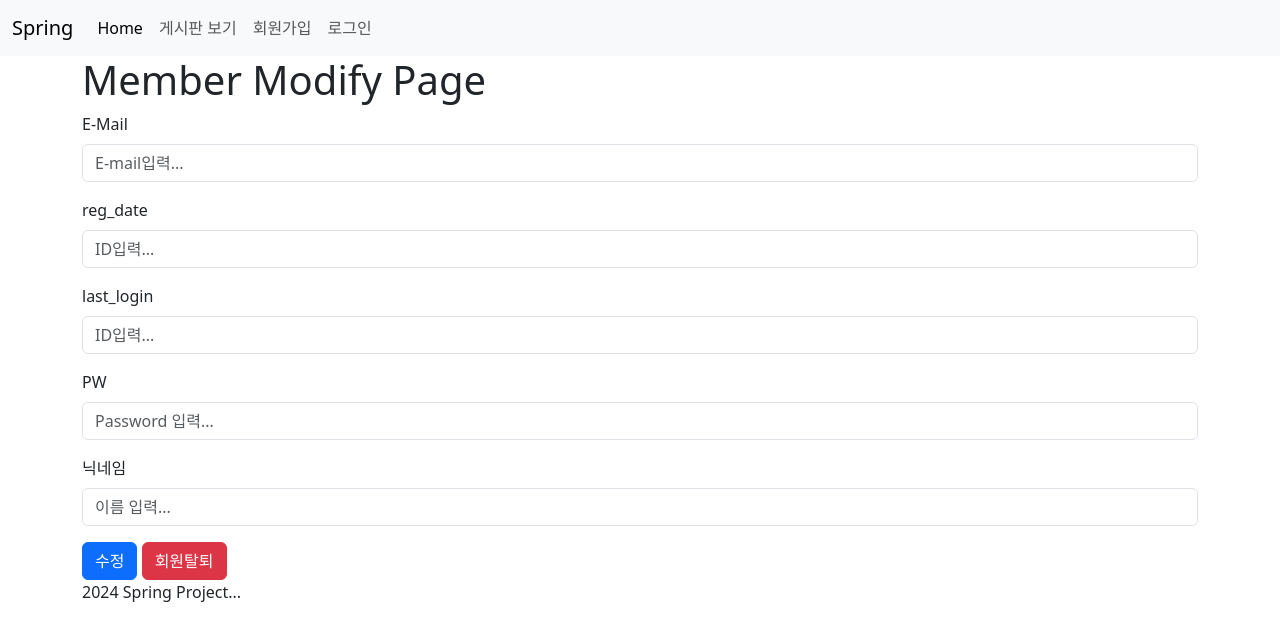
Repository: oco0217/SpringTest2
Page: http://localhost/spring_test2/WEB-INF/views/user/modify.jsp
These files come from the project's save history. The page is drawn as it stood at one moment and after the next save; the edit follows.
The browser window is 1280 px wide. The pictures show the whole page.
The page is served by Tomcat 9. Nobody is signed in. Other server files are loaded and not shown. The template is opened directly, without the code that normally fills it, so the values that code supplies are empty.

Above is the page before, as saved 2024-05-08 08:48:30.
Console error: TypeError: Cannot read properties of null (reading 'addEventListener')

### spring_test2/src/main/webapp/WEB-INF/views/user/modify.jsp
<%@ page language="java" contentType="text/html; charset=UTF-8"
	pageEncoding="UTF-8"%>

<jsp:include page="../layout/header.jsp" />

<div class="container-md">
	<h1>Member Modify Page</h1>

	<form action="/user/modify" method="post">


		<div class="mb-3">
			<label for="e" class="form-label">E-Mail</label> <input type="email"
				class="form-control" id="e" placeholder="E-mail입력..." name="email"
				value="${ses.email }">
		</div>
		<div class="mb-3">
			<label for="r" class="form-label">reg_date</label> <input type="text"
				class="form-control" id="r" placeholder="ID입력..." name=""
				value="${ses.reg_date }" readonly="readonly">
		</div>
		<div class="mb-3">
			<label for="l" class="form-label">last_login</label> <input
				type="text" class="form-control" id="l" placeholder="ID입력..."
				name="" value="${ses.last_login }" readonly="readonly">
		</div>
		<div class="mb-3">
			<label for="p" class="form-label">PW</label> <input type="password"
				class="form-control" id="p" placeholder="Password 입력..." name="pwd">
		</div>
		<div class="mb-3">
			<label for="n" class="form-label">닉네임</label> <input type="text"
				class="form-control" id="n" placeholder="이름 입력..." name="nickName"
				value="${ses.name }">
		</div>

		<button type="submit" class="btn btn-primary">수정</button>
		<a href="/user/remove">
			<button type="button" class="btn btn-danger" onclick="removePopup()">회원탈퇴</button>
		</a>
	</form>

</div>

<jsp:include page="../layout/footer.jsp" />


<script type="text/javascript">
	function removePopup() {

		if (confirm("삭제를 정말로 하시겠습니까?")) {

		} else {
			event.preventDefault();
		}

	}
</script>

### spring_test2/src/main/webapp/WEB-INF/views/layout/header.jsp
<%@ page language="java" contentType="text/html; charset=UTF-8"
    pageEncoding="UTF-8"%>
    <%@ taglib uri="http://java.sun.com/jsp/jstl/core" prefix="c" %>
    <%@ taglib uri="http://www.springframework.org/security/tags" prefix="sec" %>
<!DOCTYPE html>
<html>
<head>
<meta charset="UTF-8">
<title>header.jsp</title>
<link href="/re/css/bootstrap.min.css" rel="stylesheet" integrity="sha384-QWTKZyjpPEjISv5WaRU9OFeRpok6YctnYmDr5pNlyT2bRjXh0JMhjY6hW+ALEwIH" crossorigin="anonymous">
<script src="/re/js/bootstrap.bundle.min.js" integrity="sha384-YvpcrYf0tY3lHB60NNkmXc5s9fDVZLESaAA55NDzOxhy9GkcIdslK1eN7N6jIeHz" crossorigin="anonymous"></script>
</head>
<body>
<nav class="navbar navbar-expand-lg bg-body-tertiary">
  <div class="container-fluid">
    <a class="navbar-brand" href="#">Spring</a>
    <button class="navbar-toggler" type="button" data-bs-toggle="collapse" data-bs-target="#navbarSupportedContent" aria-controls="navbarSupportedContent" aria-expanded="false" aria-label="Toggle navigation">
      <span class="navbar-toggler-icon"></span>
    </button>
    <div class="collapse navbar-collapse" id="navbarSupportedContent">
      <ul class="navbar-nav me-auto mb-2 mb-lg-0">
        <li class="nav-item">
          <a class="nav-link active" aria-current="page" href="/">Home</a>
        </li>
        <li class="nav-item">
          <a class="nav-link" href="/board/list">게시판 보기</a>
        </li>

        <sec:authorize access="isAnonymous()">
        <li class="nav-item">
          <a class="nav-link" href="/user/register">회원가입</a>
        </li>
         <li class="nav-item">
          <a class="nav-link" href="/user/login">로그인</a>
        </li>
        </sec:authorize>

               <!-- 권한이 있는지 확인 -->
               <!-- access에 권한이 있는지 확인 -->
               <!-- 현재 사용자의 정보 : principal객체 안에 있다. -->
        <sec:authorize access="isAuthenticated()">
        <sec:authentication property="principal.uvo.email" var="authEmail"/>
        <sec:authentication property="principal.uvo.nickName" var="authNick"/>
        <sec:authentication property="principal.uvo.authList" var="auths"/>
        <c:choose>
        	<c:when test="${auths.stream().anyMatch(authVO -> authVO.auth.equals('ROLE_ADMIN')).get()}">
         		<li class="nav-item">
          			<a class="nav-link" href="/user/list">회원리스트 ${authNick }(${authEmail } / ADMIN)</a>
        		</li>
        	</c:when>
        	<c:otherwise>
         <li class="nav-item">
          <a class="nav-link" href="#">회원정보수정${authNick }(${authEmail })</a>
        </li>
        	</c:otherwise>
        </c:choose>
       	<li class="nav-item">
          <a class="nav-link" href="/board/register">게시판 글쓰기</a>
        </li>
         <li class="nav-item">
          <a class="nav-link" href="" id="logoutLink">로그아웃</a>
        </li>
        <form action="/user/logout" method="post" id="logoutForm">
        <!-- 인증된 계정의 이메일 -->
        <input type="hidden" name="email" value="${authEmail }">
        </form>


        </sec:authorize>




        <%--
        <c:if test="${ses ne null }">
        <li class="nav-item">
          <a class="nav-link" href="/user/logout">로그아웃</a>
        </li>
        <li class="nav-item">
          <a class="nav-link" href="/member/modify">${ses.id }(${ses.email }) Welcome!!</a>
        </li>
        </c:if> --%>
      </ul>
    </div>
  </div>
</nav>


<script type="text/javascript">

document.getElementById('logoutLink').addEventListener('click',(e)=>{
	e.preventDefault();
    document.getElementById('logoutForm').submit();

});

</script>

### spring_test2/src/main/webapp/WEB-INF/views/layout/footer.jsp
<%@ page language="java" contentType="text/html; charset=UTF-8"
    pageEncoding="UTF-8"%>

<div class="container-md">
2024 Spring Project...
</div>

</body>
</html>

Loaded but not shown: spring_test2/src/main/webapp/resources/css/bootstrap.min.css (library); spring_test2/src/main/webapp/resources/js/bootstrap.bundle.min.js (library)

After the next save:
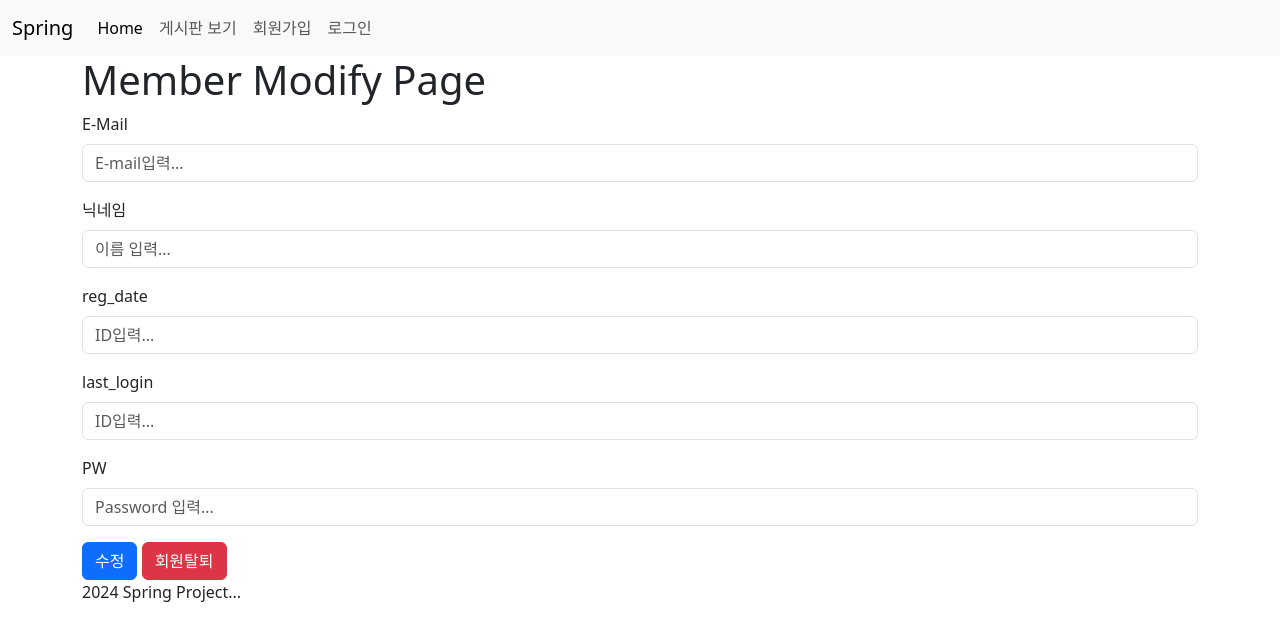
Saved 81 s later.
--- a/spring_test2/src/main/webapp/WEB-INF/views/user/modify.jsp
+++ b/spring_test2/src/main/webapp/WEB-INF/views/user/modify.jsp
@@ -15,6 +15,11 @@
 				value="${ses.email }">
 		</div>
 		<div class="mb-3">
+			<label for="n" class="form-label">닉네임</label> <input type="text"
+				class="form-control" id="n" placeholder="이름 입력..." name="nickName"
+				value="${ses.name }">
+		</div>
+		<div class="mb-3">
 			<label for="r" class="form-label">reg_date</label> <input type="text"
 				class="form-control" id="r" placeholder="ID입력..." name=""
 				value="${ses.reg_date }" readonly="readonly">
@@ -27,11 +32,6 @@
 		<div class="mb-3">
 			<label for="p" class="form-label">PW</label> <input type="password"
 				class="form-control" id="p" placeholder="Password 입력..." name="pwd">
-		</div>
-		<div class="mb-3">
-			<label for="n" class="form-label">닉네임</label> <input type="text"
-				class="form-control" id="n" placeholder="이름 입력..." name="nickName"
-				value="${ses.name }">
 		</div>
 
 		<button type="submit" class="btn btn-primary">수정</button>
